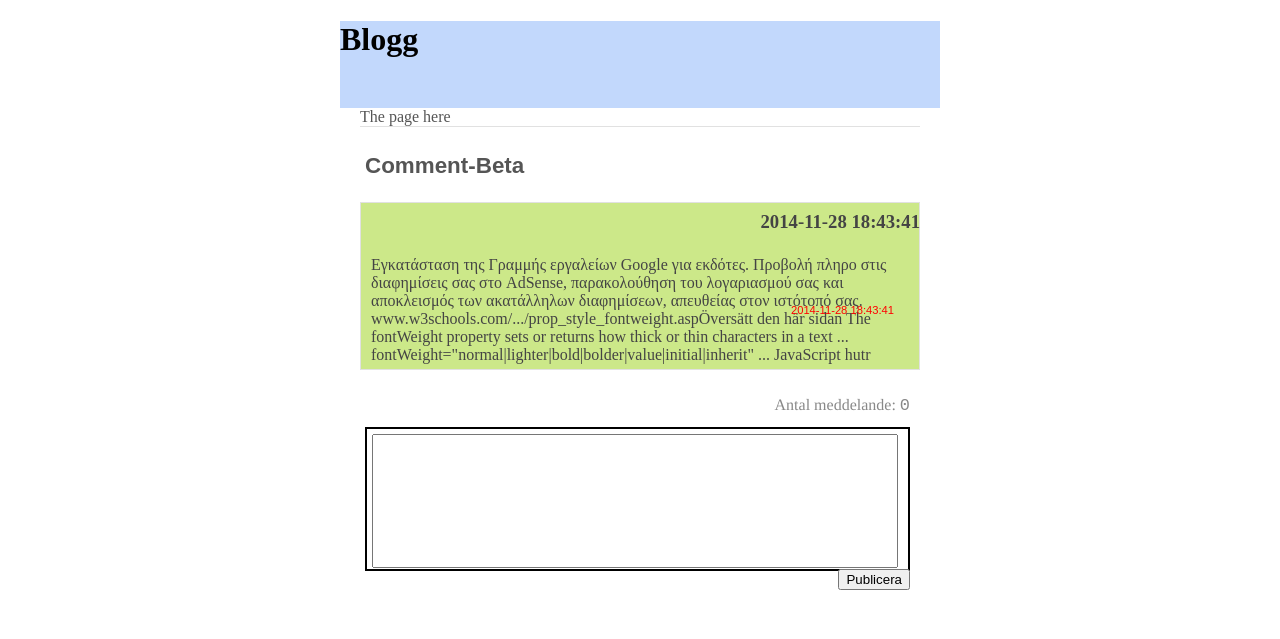
Repository: dn222em/1dv403-laborationer
Page: 2-labbymezzage/index.html
The author's editor kept a record of every edit. The page is drawn from the files as they stood at one moment, then again after the next edit.
The browser window is 1280 px wide. The pictures show the whole page.

Above is the page before.

After the next edit:
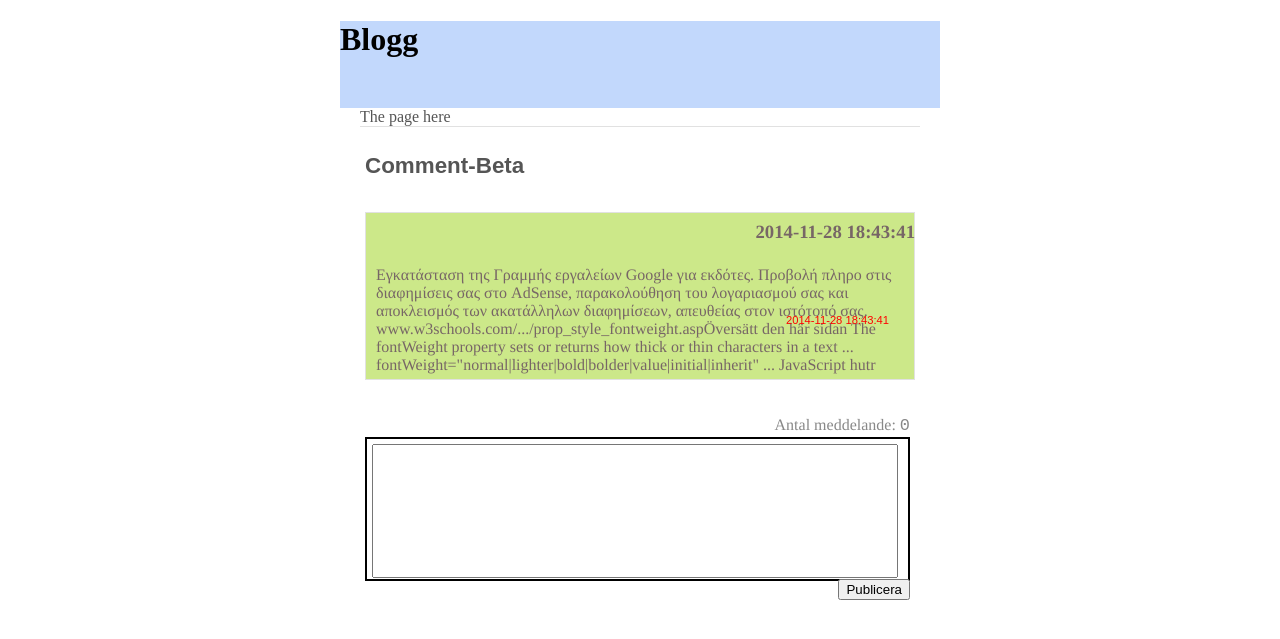
The edit:
--- a/2-labbymezzage/index.html
+++ b/2-labbymezzage/index.html
@@ -31,7 +31,7 @@
         </div>
              <div class="main-comment">
  <h3 class="comment-title">Comment-Beta</h3>
-                 <div id="comments-list">
+                 <div id="comments-list" class="comments-list">
                      <ul id="comment-holder">
                             <div id="comment-date" class="comment-date">
                <h3 id="comment-date-given" class="comment-date-given">2014-11-28 18:43:41</h3>
